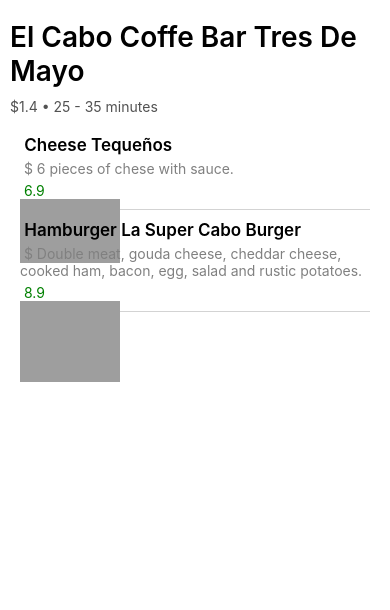
Repository: leroy-netizen/rn-uber-eats-client
Screen: /
The author's editor kept a copy of each file at every save. The screen is drawn from the files as they stood at one save, then again after the next save.
The pictures show rows 234 to 844 of an output 844 px tall.
Pictures or frames that could not be fetched are drawn as grey boxes. The app was drawn by React Native's web renderer in a window 390 px wide. The project was rebuilt for these pictures with package versions that can differ from the ones it lists, and the page was loaded fresh each time. Also part of the build but not shown: src/components/restaurantItem/RestaurantItem.jsx, src/screens/HomeScreen/index.js.

Above is the screen before, as saved 2023-01-16 16:52:46.

### App.js
import { StatusBar } from "expo-status-bar";
import { StyleSheet, Text, View, FlatList } from "react-native";
import HomeScreen from "./src/screens/HomeScreen/index.js";
import RestaurantDetails from "./src/screens/ResturantDetailsScreen/index.js";
export default function App() {
  return (
    <View style={styles.container}>
      {/* <HomeScreen /> */}
      <RestaurantDetails />
      <StatusBar style="light" />
    </View>
  );
}

const styles = StyleSheet.create({
  container: {
    flex: 1,
    backgroundColor: "#fff",
    alignItems: "center",
    justifyContent: "center",
    // padding: 10,
    // paddingVertical: 30,
  },
});

### src/screens/ResturantDetailsScreen/index.js
import { View, Text, Image, StyleSheet, FlatList } from "react-native";
import { Ionicons } from "@expo/vector-icons";
import restaurants from "../../../assets/data/restaurants.json";
import DishListItem from "../../components/DishListItem";
const restaurant = restaurants[0];
const RestaurantDetails = () => {
  return (
    <View style={styles.page}>
      <Image
        source={{ uri: restaurant.image }}
        style={styles.image}
        resizeMode="cover"
      />
      <View style={styles.iconContainer}>
        <Ionicons name="arrow-back-circle" size={35} color="white" />
      </View>
      <View style={styles.container}>
        <Text style={styles.title}>{restaurant.name}</Text>
        <Text style={styles.subtitle}>
          ${restaurant.deliveryFee} &#8226; {restaurant.minDeliveryTime} -{" "}
          {restaurant.maxDeliveryTime} minutes
        </Text>
          </View>
          <DishListItem dish={ restaurant.dishes[0]} />
          <DishListItem dish={ restaurant.dishes[1]} />
    </View>
  );
};

const styles = StyleSheet.create({
  page: {
    flex: 1,
  },
  image: {
    width: "100%",
    aspectRatio: 5 / 3,
  },
  iconContainer: {
    position: "absolute",
    top: 35,
    left: 15,
  },
  container: {
    margin: 10,
  },
  title: {
    fontWeight: "600",
    fontSize: 28,
    marginVertical: 10,
  },
  subtitle: {
    color: "#525252",
  },
});

export default RestaurantDetails;

### assets/data/restaurants.json
[
  {
    "id": "1",
    "name": "El Cabo Coffe Bar Tres De Mayo",
    "deliveryFee": 1.4,
    "minDeliveryTime": 25,
    "maxDeliveryTime": 35,
    "rating": 4.0,
    "image": "https://notjustdev-dummy.s3.us-east-2.amazonaws.com/uber-eats/restaurant1.jpeg",
    "dishes": [
      {
        "name": "Cheese Tequeños",
        "description": "6 pieces of chese with sauce.",
        "price": 6.9,
        "image": "https://notjustdev-dummy.s3.us-east-2.amazonaws.com/uber-eats/restaurant2.jpeg"
      },
      {
        "name": "Hamburger La Super Cabo Burger",
        "description": "Double meat, gouda cheese, cheddar cheese, cooked ham, bacon, egg, salad and rustic potatoes.",
        "price": 8.9,
        "image": "https://notjustdev-dummy.s3.us-east-2.amazonaws.com/uber-eats/restaurant3.jpeg"
      },
      {
        "name": "U.S.A. Burger",
        "description": "Beef, gouda cheese, cheddar cheese, cooked ham, bacon, egg and salad.",
        "price": 5.4
      },
      {
        "name": "Slices of Llanero Cheese",
        "description": "Ripe plantain with cheese and palm honey.",
        "price": 5.9
      },
      {
        "name": "Papas Locas El Cabo",
        "description": "French fries with shredded chicken, gouda cheese and ham.",
        "price": 7.9
      }
    ]
  },
  {
    "id": "2",
    "name": "Tony Roma's - C.C. Meridiano",
    "deliveryFee": 0.4,
    "minDeliveryTime": 25,
    "maxDeliveryTime": 35,
    "rating": 4.7,
    "image": "https://notjustdev-dummy.s3.us-east-2.amazonaws.com/uber-eats/restaurant2.jpeg",
    "dishes": [
      {
        "name": "Cajun Ribs",
        "description": "For lovers of a spicy touch. Ribs bathed in our Original sauce accompanied by Cajun spices. Served with French fries and coleslaw.",
        "price": 18.95
      },
      {
        "name": "The Original Baby Backs",
        "description": "The house specialty. Pork ribs cooked on the barbecue and marinated with our original barbecue sauce. Served with French fries and coleslaw.",
        "price": 19.95
      },
      {
        "name": "Carolina Honey",
        "description": "Our famous ribs marinated with our Carolina honey sauce, a mixture of honey with our original sauce. Ideal for those looking for a sweet touch. Served with French fries and coleslaw.",
        "price": 18.95,
        "image": "https://notjustdev-dummy.s3.us-east-2.amazonaws.com/uber-eats/restaurant2.jpeg"
      },
      {
        "name": "Onion Rings",
        "description": "Los tradicionales aros de cebolla de tony roma's dorados, crujientes y ligeros. Únicos en el mundo, acompañados de salsa BBQ.",
        "price": 6.95
      },
      {
        "name": "Nachos Tony Roma's",
        "description": "The best selling nachos! with our blend of melted cheeses, accompanied by guacamole, crispy bacon, ranch beans, and sour cream.",
        "price": 10.95
      }
    ]
  },
  {
    "id": "3",
    "name": "Brothers Barbecue",
    "deliveryFee": 1.4,
    "minDeliveryTime": 20,
    "maxDeliveryTime": 30,
    "rating": 4.3,
    "image": "https://notjustdev-dummy.s3.us-east-2.amazonaws.com/uber-eats/restaurant3.jpeg",
    "dishes": [
      {
        "name": "Burger Mustang",
        "description": "Homemade bread, burger sauce, lettuce, sweet and sour pickle, bacon, cheddar and BBQ sauce. Beef 180 grams.",
        "price": 5.9
      },
      {
        "name": "Alabama bread",
        "description": "Artisan bread, butter sauce, garlic, BBQ chicken and cheddar.",
        "price": 3.0
      },
      {
        "name": "New York Burger",
        "description": "Homemade bread, lettuce, burger sauce, 180 grams of beef, goat cheese and roasted apple.",
        "price": 5.9
      },
      {
        "name": "Mac & Cheese Burger",
        "description": "Homemade bread, lettuce, burger sauce, 180 grams of beef, mac and cheese, and American-style bacon.",
        "price": 5.9
      },
      {
        "name": "Nachos Brothers",
        "description": "Nachos, guacamole, cheddar sauce, beans, bacon, and cream cheese.",
        "price": 5.2
      }
    ]
  },
  {
    "id": "4",
    "name": "Hamburguesa Nostra La Salle",
    "deliveryFee": 0.9,
    "minDeliveryTime": 30,
    "maxDeliveryTime": 40,
    "rating": 4.5,
    "image": "https://notjustdev-dummy.s3.us-east-2.amazonaws.com/uber-eats/restaurant4.jpeg",
    "dishes": [
      {
        "name": "English burger",
        "description": "Beef with bacon, portobello mushrooms, tomato, cheddar cheese, grilled egg and our smoked sauce.",
        "price": 14.9
      },
      {
        "name": "Mexican Burger",
        "description": "Beef, with pico de gallo, veggie chili, cheddar cheese, guacamole and smoked sauce.",
        "price": 14.9
      },
      {
        "name": "Tequeños",
        "description": "Crispy sticks filled with melted cheese accompanied by tomato chutney.",
        "price": 9.9
      },
      {
        "name": "Starters Combo",
        "description": "Tequeños, crispy onion and chicken delicacies.",
        "price": 13.9
      },
      {
        "name": "Cesar Salad",
        "description": "Green sprouts, pieces of grilled bacon, chicken delicacies, grated Parmesan, muffin croutons and fried onion confetti dressed with Caesar sauce.",
        "price": 10.5
      }
    ]
  }
]

### src/components/DishListItem/index.js
import { View, Image, Text, FlatList, StyleSheet } from "react-native";

const DishListItem = ({ dish }) => {
  return (
    <View style={styles.container}>
      <View style={{ flex: 1 }}>
        <Text style={styles.name}> {dish.name}</Text>
        <Text style={styles.description}> $ {dish.description}</Text>
              <Text style={ styles.price }> { dish.price }</Text>
              <Image source={ { uri: dish.image } } style={ styles.image} />
      </View>
    </View>
  );
};

const styles = StyleSheet.create({
  container: {
    borderBottomColor: "lightgrey",
    marginHorizontal: 20,
    borderBottomWidth: 1,
    paddingVertical: 10,
  },
  name: {
    fontSize: 17,
    fontWeight: "600",
  },
  price: {
    color: "green",
  },
  description: {
    color: "gray",
    marginVertical: 5,
    },
    image: {
        height: "100%",
        width: 100
  }
});
export default DishListItem;

After the next save:
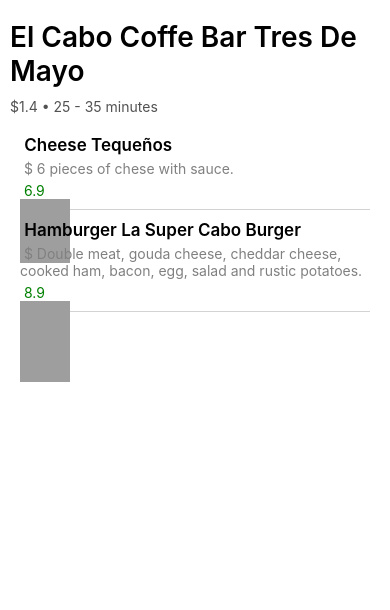
Saved 4 s later.
--- a/src/components/DishListItem/index.js
+++ b/src/components/DishListItem/index.js
@@ -33,7 +33,7 @@ const styles = StyleSheet.create({
     },
     image: {
         height: "100%",
-        width: 100
+        width: 50
   }
 });
 export default DishListItem;
